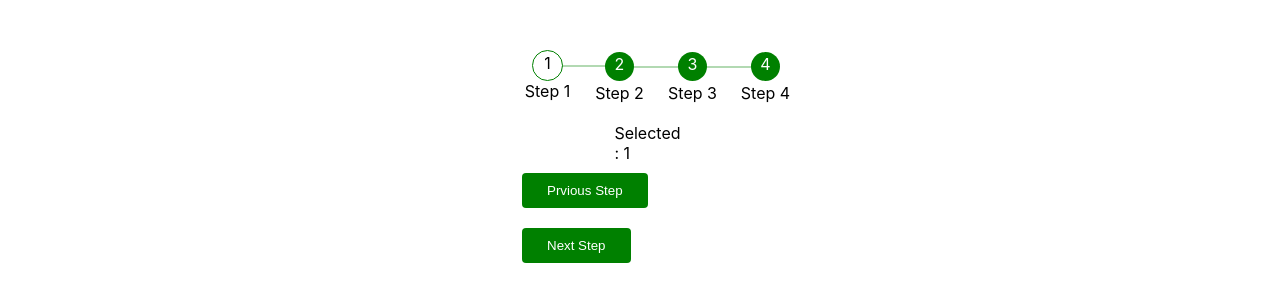
Repository: SD-Mdouka/project_step
Page: /
An editor plug-in stored every save of this project. The page is shown before and after the next save, followed by the edit.
The browser window is 1280 px wide. The pictures show the whole page.
The project was rebuilt for these pictures with package versions that can differ from the ones it lists, and the page was loaded fresh each time.

Above is the page before, as saved 2022-09-05 14:26:57.

### src/index.js
import React from "react";
import ReactDOM from "react-dom/client";
import "./index.css";
import App from "./Steps";
// import { AppBar, Toolbar, Typography } from "@material-ui/core";

const root = ReactDOM.createRoot(document.getElementById("root"));
root.render(
  <React.StrictMode>
    {/* <AppBar>
      <Toolbar>
        <Typography varient="h6">React app</Typography>
      </Toolbar>
    </AppBar> */}
    <App />
  </React.StrictMode>
);

### src/index.css
body {
    margin: 0;
    font-family: -apple-system, BlinkMacSystemFont, "Segoe UI", "Roboto", "Oxygen", "Ubuntu", "Cantarell", "Fira Sans", "Droid Sans", "Helvetica Neue", sans-serif;
    -webkit-font-smoothing: antialiased;
    -moz-osx-font-smoothing: grayscale;
}

code {
    font-family: source-code-pro, Menlo, Monaco, Consolas, "Courier New", monospace;
}

.App-Project {
    margin-top: 50px;
    margin-inline: 40% !important;
}

.cirecle {
    width: 29px;
    height: 29px;
    line-height: 25px;
    background-color: green;
    color: white;
    border-radius: 50%;
    -webkit-border-radius: 50%;
    -moz-border-radius: 50%;
    -ms-border-radius: 50%;
    -o-border-radius: 50%;
    border: 2px solid transparent;
    text-align: center;
    cursor: pointer;
    background-clip: padding-box;
    -webkit-background-clip: padding-box;
}

.stepsWrapp {
    display: flex;
    margin-bottom: 20px;
    text-align: center;
}

.stepeBlock .circleWrapper {
    padding: 0px 20px;
    position: relative;
}

.selected .cirecle {
    color: black;
    background-color: white;
    border: 1px solid green;
}

.stepeBlock:not(:last-child)>.circleWrapper::after {
    content: "";
    width: 100%;
    height: 2px;
    position: absolute;
    top: 0px;
    bottom: 0px;
    background-color: green;
    margin: auto;
    z-index: -1;
}

.stepeBlock:not(:last-child)>.circleWrapper::after {
    height: 3px;
    opacity: 1;
}

.stepeBlock:not(:last-child).selected>.circleWrapper::after,
.stepeBlock:not(:last-child).selected~.stepeBlock:not(:last-child)>.circleWrapper::after {
    height: 2px;
    opacity: 0.3;
}

.pages {
    margin: 0 40%;
}

.primaryBtn {
    padding: 10px 25px;
    background-color: green;
    border: none;
    margin: 10px;
    color: white;
    border-radius: 4px;
    -webkit-border-radius: 4px;
    -moz-border-radius: 4px;
    -ms-border-radius: 4px;
    -o-border-radius: 4px;
    cursor: pointer;
}

### src/Steps/index.js
import Step from "./Step";
import React, { useState } from "react";

function App() {
  const labelArray = ["Step 1", "Step 2", "Step 3", "Step 4"];
  const [currentSteps, setCurrentSteps] = useState(1);
  function updateStep(step) {
    setCurrentSteps(step);
  }
  return (
    <div className="App-Project">
      <Step
        labelArray={labelArray}
        currentSteps={currentSteps}
        updateStep={updateStep}
      ></Step>
      <p className="pages"> Selected : {currentSteps}</p>
      <div>
        <button
          className="primaryBtn"
          onClick={() => updateStep(currentSteps - 1)}
        >
          Prvious Step
        </button>
        <button
          className="primaryBtn"
          onClick={() => updateStep(currentSteps + 1)}
        >
          Next Step
        </button>
      </div>
    </div>
  );
}

export default App;

### src/Steps/Step/index.js
import React, { useState } from "react";
import NavStep from "./NavStep";

const Step = (props) => {
  return (
    <div className="stepsWrapp">
      {props.labelArray.map((item, index) => (
        <NavStep
          key={index}
          index={index}
          label={item}
          updateStep={props.updateStep}
          selected={props.currentSteps === index + 1}
        ></NavStep>
      ))}
    </div>
  );
};
export default Step;

### src/Steps/Step/NavStep/index.js
import React from "react";

const NavStep = (props) => {
  return (
    <div className={"stepeBlock" + (props.selected ? " selected" : "")}>
      <div
        className="circleWrapper"
        onClick={() => props.updateStep(props.index + 1)}
      >
        <div className="cirecle">{props.index + 1}</div>
      </div>
      <span>{props.label}</span>
    </div>
  );
};
export default NavStep;

Loaded but not shown: public/index.html (common file)

After the next save:
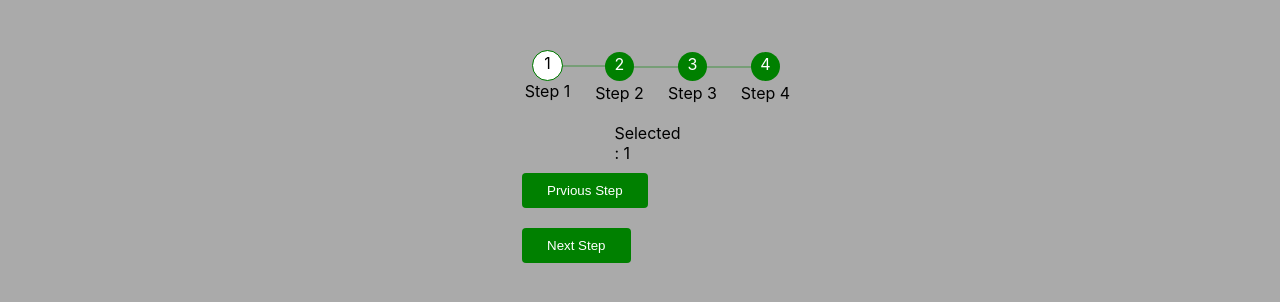
Saved 2 min 27 s later.
--- a/src/index.css
+++ b/src/index.css
@@ -1,4 +1,5 @@
 body {
+    background-color: #aaa;
     margin: 0;
     font-family: -apple-system, BlinkMacSystemFont, "Segoe UI", "Roboto", "Oxygen", "Ubuntu", "Cantarell", "Fira Sans", "Droid Sans", "Helvetica Neue", sans-serif;
     -webkit-font-smoothing: antialiased;
@@ -89,3 +90,13 @@ code {
     -o-border-radius: 4px;
     cursor: pointer;
 }
+
+.content {
+    width: 100%;
+    max-width: 960px;
+    margin: auto;
+}
+
+.flex-container {
+    background: #fff;
+}
